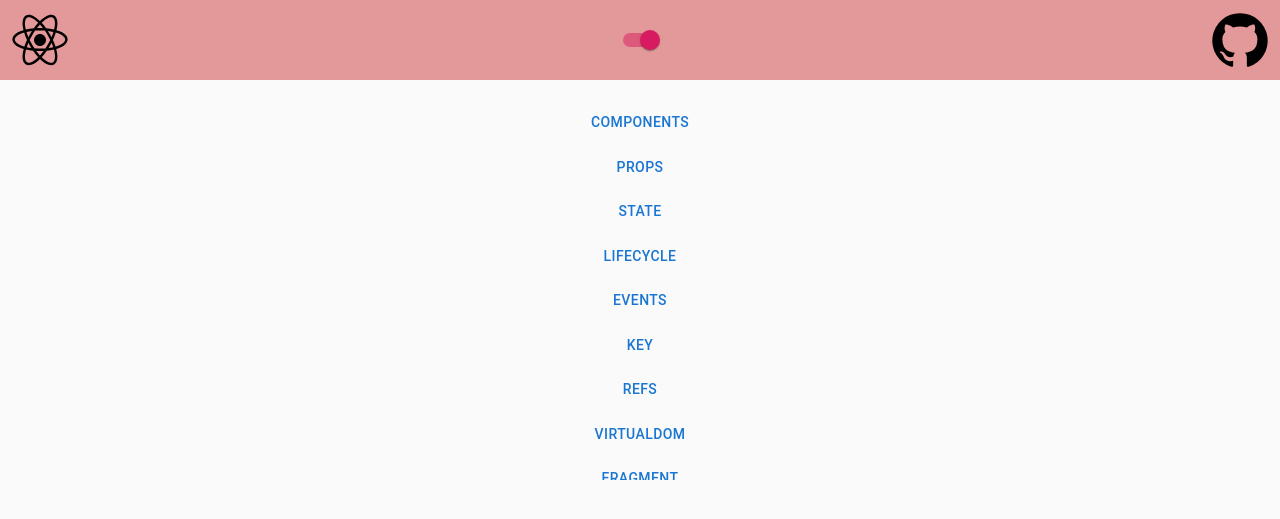
Repository: savannaaaas/reactDocumentation
Page: /topic
The author's editor kept a copy of each file at every save. The page is drawn from the files as they stood at one save, then again after a run of saves.
The browser window is 1280 px wide. The pictures show the whole page.
An inner scrolling area shows only its first screen. The project was rebuilt for these pictures with package versions that can differ from the ones it lists, and the page was loaded fresh each time. Also part of the build but not shown: vite.config.js, src/pages/welcomePage/WelcomeButton/WelcomeButton.jsx, src/pages/welcomePage/Content/ContentWelcome.jsx, src/pages/welcomePage/WelcomePage.jsx, src/pages/componentPage/ComponentPage.jsx.

Above is the page before, as saved 2025-07-18 19:30:00.

After the next 2 saves:
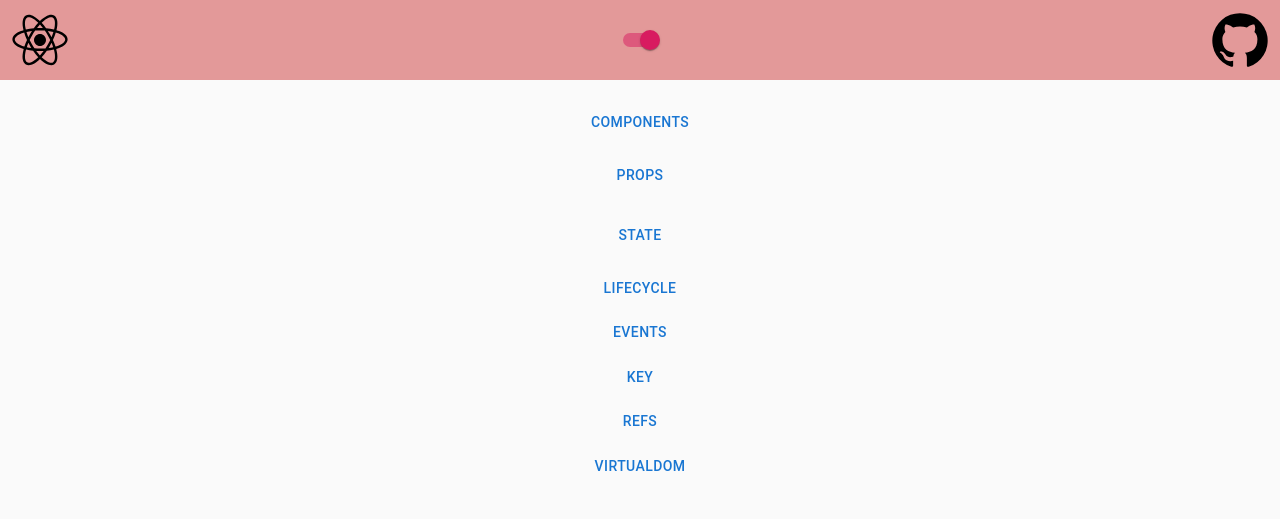
The 2 saves are shown as one change because they came seconds apart.
The last was saved 36 s later.
--- a/src/components/Navigation/Navigation.jsx
+++ b/src/components/Navigation/Navigation.jsx
@@ -12,12 +12,12 @@
             Components
           </Button>
         </ListItem>
-        <ListItem disablePadding>
+        <ListItem>
           <Button component={NavLink} to="/topic/props" fullWidth>
             Props
           </Button>
         </ListItem>
-        <ListItem disablePadding>
+        <ListItem>
           <Button component={NavLink} to="/topic/state" fullWidth>
             State
           </Button>
